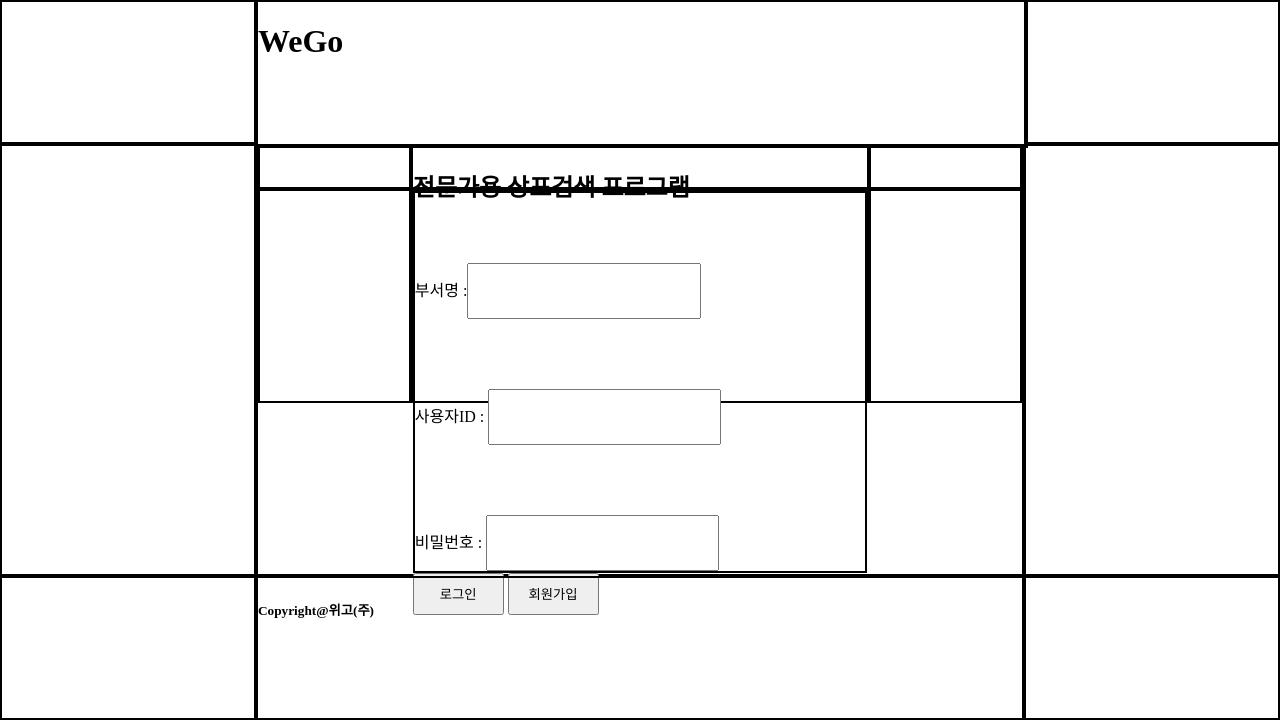
Repository: hamuse/wego1
Page: http://localhost/teamW1/facade.do
The author's editor kept a copy of each file at every save. The page is drawn from the files as they stood at one save, then again after the next save.
The browser window is 1280 px wide. The pictures show the whole page.
Some web libraries are served in a nearby version. The page is served by Tomcat 9. Other server files are loaded and not shown.

Above is the page before, as saved 2019-10-07 11:06:50.

### teamW1/WebContent/WEB-INF/views/facade/main.jsp
<%@ page language="java" contentType="text/html; charset=UTF-8"
   pageEncoding="UTF-8"%>
<%@ taglib prefix="c" uri="http://java.sun.com/jsp/jstl/core" %>
<jsp:include page="../common/head.jsp"/>
<div class="container">
<div></div><div><h2>전문가용 상표검색 프로그램</h2></div><div></div>
<div></div>

<div class="content">
<c:choose>
    <c:when test="${page eq 'login'}">
    <jsp:include page="login.jsp"/>
    </c:when>
    <c:when test="${page eq 'join'}">
    <jsp:include page="join.jsp"/>
    </c:when>
</c:choose>
</div>
<div></div>
</div>
<jsp:include page="../common/foot.jsp"/>

### teamW1/WebContent/WEB-INF/views/common/head.jsp
<%@ page language="java" contentType="text/html; charset=UTF-8"
    pageEncoding="UTF-8"%>
<!doctype html>
<html lang="en">
<head>
	<meta charset="UTF-8" />
	<title>Document</title>
	<script src='http://ajax.googleapis.com/ajax/libs/jquery/1.11.3/jquery.min.js'></script>
	<script src="${js}/app.js"></script>
	<link rel="stylesheet" type="text/css" href="${css}/style.css"></link>
</head>
<body>
<div class="wrapper" style="width: 100%; height:100%">
<div></div><div id="wego"><h1>WeGo</h1></div><div></div>
<div></div>

### teamW1/WebContent/WEB-INF/views/facade/login.jsp
<%@ page language="java" contentType="text/html; charset=UTF-8"
   pageEncoding="UTF-8"%>
<form id="login_form">

<div class="login_tab_item_1">
  부서명 :<input id="d_Name" class="input_text" type="text" name="dName"/><br/>
  사용자ID : <input id="userName" class="input_text" type="text" name="empNo"/><br/>
  비밀번호 : <input id="userPw" class="input_text" type="text" name="eName"/><br/>
</div>

    <input type="hidden" name="action" value="login" />
    <input type="hidden" name="page" value="mypage" />
    <input id="login_btn" type="button" value="로그인"/>
    <input id="join_btn" type="button" value="회원가입"/>
</form>
<script>

app.init('${ctx}');
</script>

### teamW1/WebContent/WEB-INF/views/common/foot.jsp
<%@ page language="java" contentType="text/html; charset=UTF-8"
    pageEncoding="UTF-8"%>

<div></div><div></div><div><h5>Copyright@위고(주)</h5></div>
<div></div>

</body>
</html>

### teamW1/src/com/web/team1/controllers/FacadeController.java
package com.web.team1.controllers;

import java.io.IOException;
import javax.servlet.ServletException;
import javax.servlet.annotation.WebServlet;
import javax.servlet.http.HttpServlet;
import javax.servlet.http.HttpServletRequest;
import javax.servlet.http.HttpServletResponse;

import com.web.team1.pool.Constants;

@WebServlet("/facade.do")
public class FacadeController extends HttpServlet {
	private static final long serialVersionUID = 1L;

	enum Resources {
		CTX, CSS, JS, IMG
	}
	protected void service(HttpServletRequest request, HttpServletResponse response) throws ServletException, IOException {
		for(Resources r : Resources.values()) {
			System.out.println("퍼사드>>>>>"+r.toString().toLowerCase());
//			    request.getSession().setAttribute(r.toString().toLowerCase(), request.getContextPath()+"/resources/"+r.toString().toLowerCase());
			    request.getSession().setAttribute(r.toString().toLowerCase(), request.getContextPath()+((r.toString().toLowerCase().equals("ctx"))
			    		?"" : "/resources/"+r.toString().toLowerCase()));
		}
		if(request.getParameter("page")==(null)) {
		request.setAttribute("page","login");
	}else {
		request.setAttribute("page", request.getParameter("page"));
		}
	request.getRequestDispatcher(
				String.format(Constants.DOUBLE_PATH,
						request.getServletPath().substring(1,request.getServletPath().indexOf(".")),
						"main"))
		.forward(request,response);
//		System.out.println("야 퍼사드로 들어오냥?");
//		 request
//		  .getRequestDispatcher(
//				  String.format(Constants.DOUBLE_PATH,request.getServletPath().substring(1,request.getServletPath().indexOf(".")),
//						  "login"))
//		  .forward(request, response);

	}
}

### teamW1/WebContent/resources/js/app.js
var app= (()=>{
    return{
        init : (ctx)=>{
            $('#login_btn').click(()=>{
                alert('로그인!!!!!!');
                location.assign(ctx+'/login.do?action=login&page=mypage');
            });
            $('#join_btn').click(()=>{
                alert('회원가입 이동');
                location.assign(ctx+'/facade.do?action=move&page=join');
            });
            btn.login2(ctx);
            btnjoin.joinbtn(ctx);
        }

    };
})();
var member = (()=>{
    var _dName,_deptNo,_eName,_empNo,_dName,_job,_mgr,_hireDate,_comm;
    var setEmpNo = (empNo)=>{this._empNo = empNo;}
    var setEName = (eName)=>{this._eName = eName;}
    var setDName = (dName)=>{this._dName = dName;}
    var getEmpNo = ()=>{return this._setEmpNo;}
    var getEName = ()=>{return this._setEName;}
    var getDName = ()=>{return this._setDName;}
    return{
        setEmpNo : setEmpNo,setEName : setEName,setDName : setDName,
        getEmpNo : getEmpNo,getEName : getEName,getDName : getDName
    };
})();
var btn= (()=>{
	return{
		 login2 : (ctx)=>{
			   $('#login_btn').click(()=>{
	            	if($('#d_Name').val()===''||$('#empNo').val()===''||
	            			$('#eName').val()===''){
	            		alert('필수값이 없습니다')}
	            		else{
	            			alert('입력한 아이디 값: '+$('#empNo').val());
	            			$('#login_form')
	            			$('#login_form').attr('action', ctx+'/login.do');
	            			$('#login_form').attr('method','POST');
	            			$('#login_form').submit();
	            		}
	            });
		 }
	};
})();

var btnjoin=(()=>{
	return{
		joinbtn : (ctx)=>{
			$('#join_btn1').click(()=>{
				alert('회원가입!!!됐냐?!!!');
				$('#join_form').attr('action',ctx+'/login.do');
				$('#join_form').submit();

			});
		}
	};
})();

### teamW1/WebContent/resources/css/style.css
@charset "UTF-8";
html, body{
	margin: 0;
	height: 100%;
	overflow: hidden;
}
.wrapper{
	display: grid;
	width: 100%
	height: 100%;
	grid-template-columns: 20% 60% 20%;
	grid-template-rows: 20% 60% 20%;
}
.wrapper div{
	border: 2px solid black;
}
.container{
	display: grid;
	width: 100%
	height: 100%;
	grid-template-columns: 20% 60% 20%;
	grid-template-rows: 10% 50% 10%;
}
.container div{
	border : 2px solid black;
}
#login_tab{
	display: grid;
	width: 100%
	height: 80%
	grid-template-columns: 50% 50%;
	grid-template-rows: 50% 50%;
	margin: 0 auto;
	padding-top: 50px;
}
#join_form{width: 100%; height: 100%}
#login_form{width: 100%; height: 100%}
#login_tab div{border : 1px solid black;}
.login_tab_item_1{grid-column: 1/5;}
#wego{width: 100%;height: 100%;}
#login_btn{width: 20%; height: 20%}
#join_btn{width: 20%; height: 20%}
.input_text{width: 50%; height: 50px; margin-top: 70px}

After the next save:
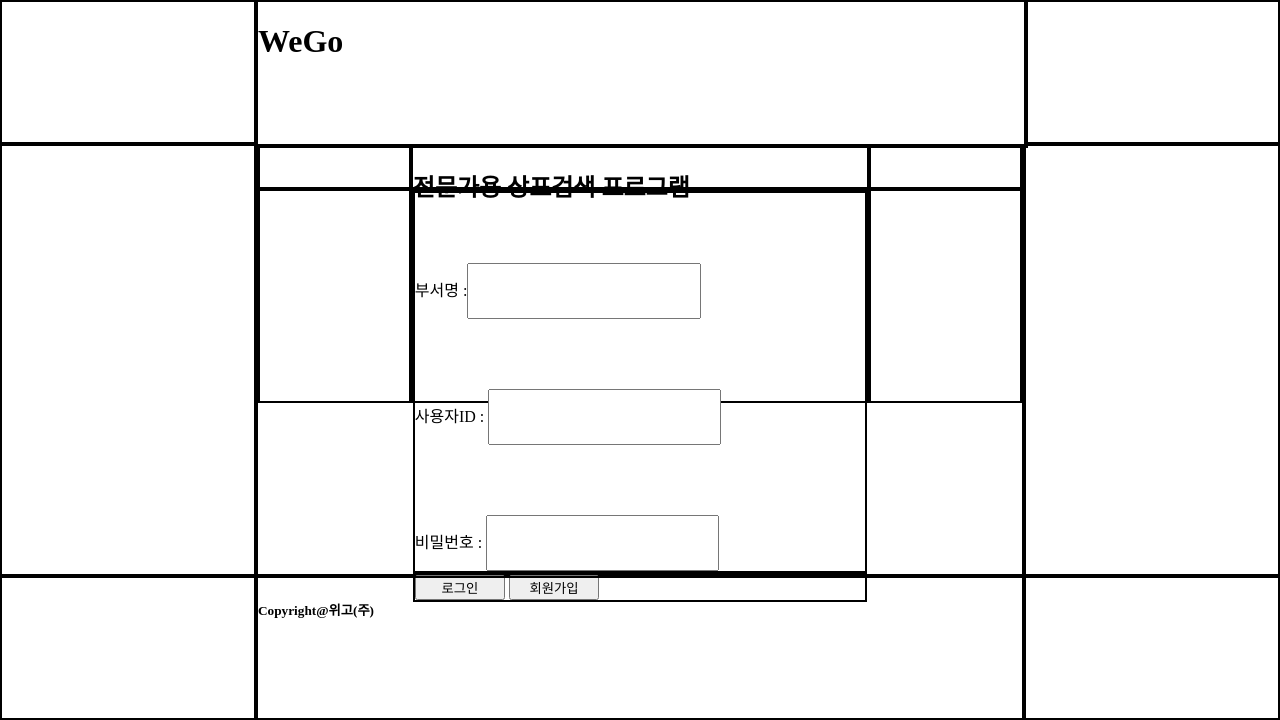
Saved 20 s later.
--- a/teamW1/WebContent/WEB-INF/views/facade/login.jsp
+++ b/teamW1/WebContent/WEB-INF/views/facade/login.jsp
@@ -7,11 +7,12 @@
   사용자ID : <input id="userName" class="input_text" type="text" name="empNo"/><br/>
   비밀번호 : <input id="userPw" class="input_text" type="text" name="eName"/><br/>
 </div>
-
+<div class="login_tab_item_1">
     <input type="hidden" name="action" value="login" />
     <input type="hidden" name="page" value="mypage" />
     <input id="login_btn" type="button" value="로그인"/>
     <input id="join_btn" type="button" value="회원가입"/>
+</div>
 </form>
 <script>
 
